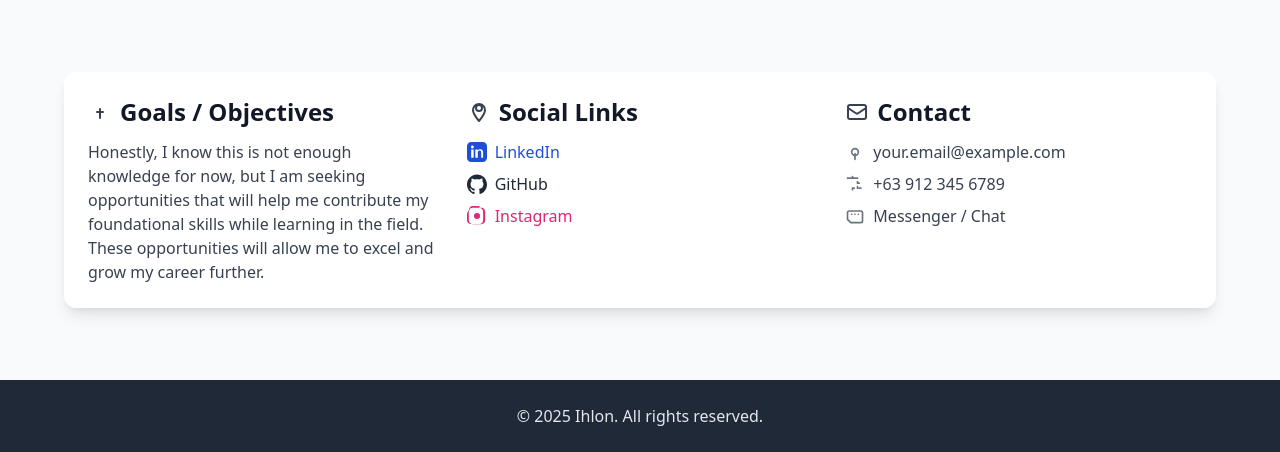
Repository: MeekSharkdev/cv-portfolio
Page: index.html
An editor plug-in stored every save of this project. The page is shown before and after the next save, followed by the edit.
The browser window is 1280 px wide. The pictures show the part of the page from y = 2128 to 2580 px (the page is 2580 px tall).
A picture or video elsewhere on the page could not be fetched, so the positions and the page height are approximate.

Above is the page before, as saved 2026-01-31 16:14:13.
Not found: styles.css

After the next save:
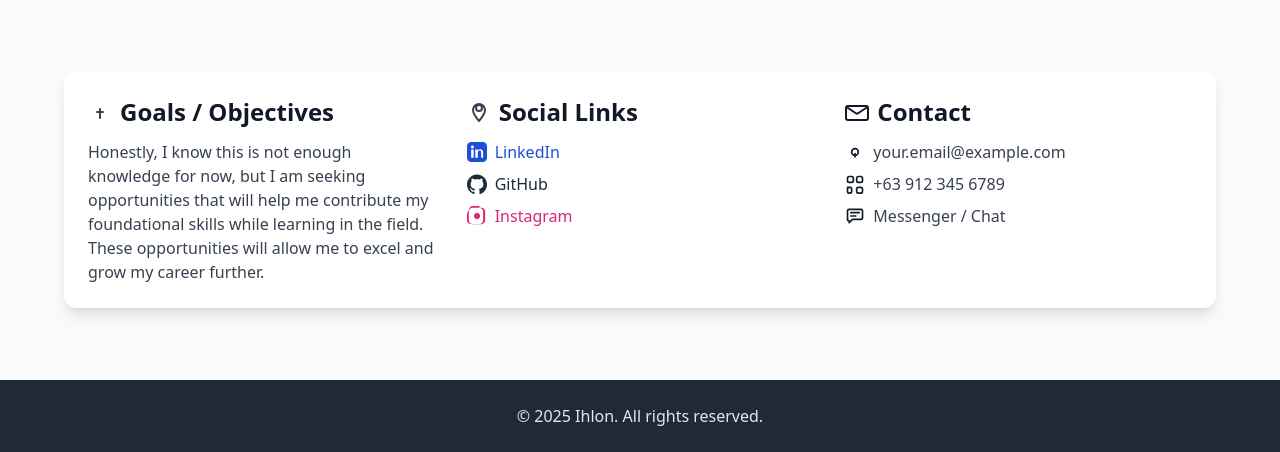
Saved 2 min 48 s later.
--- a/index.html
+++ b/index.html
@@ -390,43 +390,51 @@
             </div>
 
             <!-- Contact Info -->
-            <div class="md:w-1/3">
-                <h2 class="text-2xl font-semibold mb-3 flex items-center gap-2">
-                    <svg xmlns="http://www.w3.org/2000/svg" class="h-6 w-6 text-gray-700" fill="none"
-                        viewBox="0 0 24 24" stroke="currentColor">
-                        <path stroke-linecap="round" stroke-linejoin="round" stroke-width="2"
-                            d="M3 8l7.89 5.26a2 2 0 002.22 0L21 8M5 19h14a2 2 0 002-2V7a2 2 0 00-2-2H5a2 2 0 00-2 2v10a2 2 0 002 2z" />
-                    </svg>
-                    Contact
-                </h2>
-                <div class="flex flex-col gap-2 text-gray-700">
-                    <div class="flex items-center gap-2">
-                        <svg xmlns="http://www.w3.org/2000/svg" class="h-5 w-5 text-gray-500" fill="none"
-                            viewBox="0 0 24 24" stroke="currentColor">
-                            <path stroke-linecap="round" stroke-linejoin="round" stroke-width="2"
-                                d="M16 12a4 4 0 10-8 0 4 4 0 008 0z" />
-                            <path stroke-linecap="round" stroke-linejoin="round" stroke-width="2" d="M12 14v7" />
-                        </svg>
-                        <span>your.email@example.com</span>
-                    </div>
-                    <div class="flex items-center gap-2">
-                        <svg xmlns="http://www.w3.org/2000/svg" class="h-5 w-5 text-gray-500" fill="none"
-                            viewBox="0 0 24 24" stroke="currentColor">
-                            <path stroke-linecap="round" stroke-linejoin="round" stroke-width="2"
-                                d="M3 5h12M9 3v2m6 6h2M15 9v2m-6 6h2m6 0h2M15 15v2m-6 0v2" />
-                        </svg>
-                        <span>+63 912 345 6789</span>
-                    </div>
-                    <div class="flex items-center gap-2">
-                        <svg xmlns="http://www.w3.org/2000/svg" class="h-5 w-5 text-gray-500" fill="none"
-                            viewBox="0 0 24 24" stroke="currentColor">
-                            <path stroke-linecap="round" stroke-linejoin="round" stroke-width="2"
-                                d="M8 10h.01M12 10h.01M16 10h.01M21 16V8a2 2 0 00-2-2H5a2 2 0 00-2 2v8l4 4h12a2 2 0 002-2z" />
-                        </svg>
-                        <span>Messenger / Chat</span>
-                    </div>
-                </div>
-            </div>
+        <div class="md:w-1/3">
+            <h2 class="text-2xl font-semibold mb-3 flex items-center gap-2">
+                <!-- Minimal envelope icon for Contact header -->
+                <svg xmlns="http://www.w3.org/2000/svg" class="h-6 w-6 text-gray-900" fill="none" viewBox="0 0 24 24"
+                    stroke="currentColor">
+                    <path stroke-linecap="round" stroke-linejoin="round" stroke-width="2"
+                        d="M3 8l7.89 5.26a2 2 0 002.22 0L21 8M3 6h18a2 2 0 012 2v10a2 2 0 01-2 2H3a2 2 0 01-2-2V8a2 2 0 012-2z" />
+                </svg>
+                Contact
+            </h2>
+
+            <div class="flex flex-col gap-2 text-gray-700">
+                <!-- Email -->
+                <div class="flex items-center gap-2">
+                    <svg xmlns="http://www.w3.org/2000/svg" class="h-5 w-5 text-gray-900" fill="none" viewBox="0 0 24 24"
+                        stroke="currentColor">
+                        <path stroke-linecap="round" stroke-linejoin="round" stroke-width="2"
+                            d="M16 12a4 4 0 10-8 0 4 4 0 008 0z" />
+                        <path stroke-linecap="round" stroke-linejoin="round" stroke-width="2" d="M12 14v4" />
+                    </svg>
+                    <span>your.email@example.com</span>
+                </div>
+
+                <!-- Phone -->
+                <div class="flex items-center gap-2">
+                    <svg xmlns="http://www.w3.org/2000/svg" class="h-5 w-5 text-gray-900" fill="none" viewBox="0 0 24 24"
+                        stroke="currentColor">
+                        <path stroke-linecap="round" stroke-linejoin="round" stroke-width="2"
+                            d="M3 5a2 2 0 012-2h3a2 2 0 012 2v3a2 2 0 01-2 2H5a2 2 0 01-2-2V5zM16 3h3a2 2 0 012 2v3a2 2 0 01-2 2h-3a2 2 0 01-2-2V5a2 2 0 012-2zM16 16h3a2 2 0 012 2v3a2 2 0 01-2 2h-3a2 2 0 01-2-2v-3a2 2 0 012-2zM3 16h3a2 2 0 012 2v3a2 2 0 01-2 2H5a2 2 0 01-2-2v-3a2 2 0 012-2z" />
+                    </svg>
+                    <span>+63 912 345 6789</span>
+                </div>
+
+                <!-- Chat / Messenger -->
+                <div class="flex items-center gap-2">
+                    <svg xmlns="http://www.w3.org/2000/svg" class="h-5 w-5 text-gray-900" fill="none" viewBox="0 0 24 24"
+                        stroke="currentColor">
+                        <path stroke-linecap="round" stroke-linejoin="round" stroke-width="2"
+                            d="M7 8h10M7 12h6M5 20l4-4h10a2 2 0 002-2V6a2 2 0 00-2-2H5a2 2 0 00-2 2v10a2 2 0 002 2z" />
+                    </svg>
+                    <span>Messenger / Chat</span>
+                </div>
+            </div>
+        </div>
+
 
         </div>
 
